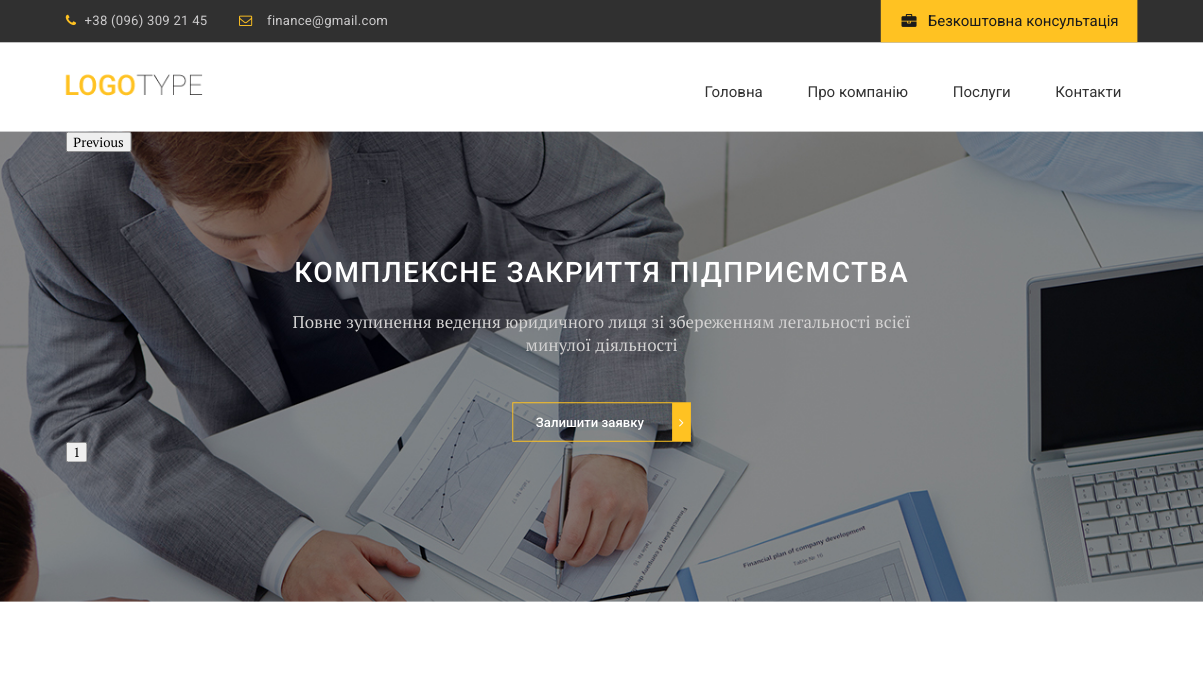
Repository: oliachipko/companysait
Page: index.html
An editor plug-in stored every save of this project. The page is shown before and after the next save, followed by the edit.
The browser window is 1280 px wide. The pictures show the whole page, at 94% of full size.

Above is the page before, as saved 2020-11-17 20:28:24.

### index.html
<!DOCTYPE html>
<html lang="en">
  <head>
    <meta charset="UTF-8" />
    <meta name="viewport" content="width=device-width, initial-scale=1.0" />
    <title>Document</title>
    <link rel="preconnect" href="https://fonts.gstatic.com" />
    <link
      href="https://fonts.googleapis.com/css2?family=PT+Serif:wght@400;700&family=Roboto:wght@400;500;700&display=swap"
      rel="stylesheet"/>
    <link rel="stylesheet" href="css/normalize.css" />
    <link rel="stylesheet" href="css/fonts.css">
    <link rel="stylesheet" href="css/jquery.fancybox.min.css">
    <link rel="stylesheet" href="css/slick.css">
    <link rel="stylesheet" href="css/style.css" />
  </head>
  <body>
    <header class="header">
      <div class="header__top">
        <div class="container">
          <div class="header__contacts">
            <a class="header__phone" href="tel:380963092145">+38 (096) 309 21 45</a>
            <a class="header__email" href="#">finance@gmail.com</a>
            <a data-fancybox data-src="#modal" href="javascript:;" href="#" class="header__btn">Безкоштовна консультація</a>
          </div>
        </div>
      </div>
      <div class="header__content">
        <div class="container">
          <div class="header__content-inner">
            <div class="header__logo">
              <a href="#">
                <img src="img/logo.png" alt="" />
              </a>
            </div>
            <nav class="menu">
              <ul>
                <li><a href="#">Головна</a></li>
                <li><a href="#">Про компанію</a></li>
                <li><a href="#">Послуги</a></li>
                <li><a href="#">Контакти</a></li>
              </ul>
            </nav>
          </div>
        </div>
      </div>
    </header>
    <section class="slider">
      <div class="container">
        <div class="slider__inner">
          <div class="slider__item">
            <div class="slider__item-content">
            <div class="slider__title">
              КОМПЛЕКСНЕ ЗАКРИТТЯ ПІДПРИЄМСТВА
            </div>
            <div class="slider__text">
              Повне зупинення ведення юридичного лиця
               зі збереженням легальності всієї минулої діяльності
            </div>
            <a data-fancybox data-src="#modal" href="javascript:;" class="slider__btn default-btn">
              Залишити заявку
            </a>
          </div>
        </div>

        <div class="slider__item">
          <div class="slider__item-content">
          <div class="slider__title">
            КОМПЛЕКСНЕ ЗАКРИТТЯ ПІДПРИЄМСТВА
          </div>
          <div class="slider__text">
            Повне зупинення ведення юридичного лиця
             зі збереженням легальності всієї минулої діяльності
          </div>
            <a data-fancybox data-src="#modal" href="javascript:;" class="slider__btn default-btn">
            Залишити заявку
            </a>
        </div>
      </div>

      <div class="slider__item">
        <div class="slider__item-content">
        <div class="slider__title">
          КОМПЛЕКСНЕ ЗАКРИТТЯ ПІДПРИЄМСТВА
        </div>
        <div class="slider__text">
          Повне зупинення ведення юридичного лиця
           зі збереженням легальності всієї минулої діяльності
        </div>
        <a data-fancybox data-src="#modal" href="javascript:;" class="slider__btn default-btn">
          Залишити заявку
        </a>
      </div>
    </div>


        </div>
      </div>
    </section>

    <div  id="modal">
      <h2>Hello!</h2>
      <p>You are awesome!</p>
    </div>


    <script src="https://ajax.googleapis.com/ajax/libs/jquery/3.5.1/jquery.min.js"></script>
    <script src="js/jquery.fancybox.min.js"></script>
    <script src="js/slick.min.js"></script>
    <script src="js/main.js"></script>
  </body>
</html>

### css/fonts.css
@font-face {
  font-family: 'icomoon';
  src:  url('../fonts/icomoon.eot?nqt5zc');
  src:  url('../fonts/icomoon.eot?nqt5zc#iefix') format('embedded-opentype'),
    url('../fonts/icomoon.ttf?nqt5zc') format('truetype'),
    url('../fonts/icomoon.woff?nqt5zc') format('woff'),
    url('../fonts/icomoon.svg?nqt5zc#icomoon') format('svg');
  font-weight: normal;
  font-style: normal;
  font-display: block;
}

[class^="icon-"], [class*=" icon-"] {
  /* use !important to prevent issues with browser extensions that change fonts */
  font-family: 'icomoon' !important;
  speak: never;
  font-style: normal;
  font-weight: normal;
  font-variant: normal;
  text-transform: none;
  line-height: 1;

  /* Better Font Rendering =========== */
  -webkit-font-smoothing: antialiased;
  -moz-osx-font-smoothing: grayscale;
}

.icon-envelope-o:before {
  content: "\f003";
}
.icon-check:before {
  content: "\f00c";
}
.icon-map-marker:before {
  content: "\f041";
}
.icon-phone:before {
  content: "\f095";
}
.icon-briefcase:before {
  content: "\f0b1";
}
.icon-bars:before {
  content: "\f0c9";
}
.icon-navicon:before {
  content: "\f0c9";
}
.icon-reorder:before {
  content: "\f0c9";
}
.icon-angle-left:before {
  content: "\f104";
}
.icon-angle-right:before {
  content: "\f105";
}
.icon-quote-left:before {
  content: "\f10d";
}
.icon-quote-right:before {
  content: "\f10e";
}
.icon-ellipsis-v:before {
  content: "\f142";
}

### css/style.css
* {
    box-sizing: border-box;
}

a{
    text-decoration: none;
    display: inline-block;
}

ul,
li{
    list-style: none;
    margin: 0;
    padding: 0;
}
.container{
    max-width: 1170px;
    margin: 0 auto;
    padding: 0 15px;
}

body{
    font-family: 'PT Serif', serif;
    /*font-family: 'Roboto', sans-serif;*/
    font-weight: 400px;
    font-size: 14px;
    line-height: 18px;
    color: #5e5e5e;

}
header {
    font-family: 'Roboto', sans-serif;
}
.header__top{
   background-color: #303030;
}
.header__btn {
    float: right;
    line-height: 36px;
    color: #1b1b1b;
    background-color: #ffc222;
    padding: 5px 20px 4px 50px;
    font-size: 16px;
    position: relative;
}
.header__btn:before {
    content: "\f0b1";
    font-family: 'icomoon';
    position: absolute;
    left: 22px;
    color: #1b1b1b;
}
.header__contacts:after {
    content: "";
    clear: both;
    display: block;
}
.header__phone,
.header__email {
    color:#cbcacb;
    letter-spacing: 0.25px;
    line-height: 45px;
    position: relative;
}
.header__phone {
    padding-left: 20px;
    padding-right: 30px;
}
.header__phone:before {
    content: "\f095";
    font-family: 'icomoon';
    position: absolute;
    left: 0;
    color: #ffc222;
}
.header__email{
    padding-left: 30px;
}
.header__email:before {
    content: "\f003";
    font-family: 'icomoon';
    position: absolute;
    left: 0;
    color: #ffc222;
}
.header__content {
    padding: 34px 0px 23px;
}
.header__content-inner{
    display: flex;
    justify-content: space-between;
}
.menu li {
    display: inline-block;
}
.menu a{
    color: #323232;
    font-size: 16px;
    line-height: 36px;
    border: 1px solid transparent;
    padding: 0px 16px;
    transition: all .3s;
}
.menu a:hover {
    border-color: #ffc222;
}
.menu li + li{
    padding-left: 10px;
}
#modal {
    display: none;"
}
.slider{
    background-image: url(../img/slider-fon.jpg);
    background-repeat: no-repeat;
    background-size: cover;
    background-position: center;
    min-height: 500px;
}
.slider__item-content{
    text-align: center;
    padding-top: 110px;
    max-width: 665px;
    margin: 0 auto;
}
.slider__title{
    text-transform: uppercase;
    font-size: 30px;
    line-height: 36px;
    color: white;
    font-weight: 500;
    letter-spacing: 1.5px;
    margin-bottom: 22px;
    font-family: 'Roboto', sans-serif;
}
.slider__text{
    line-height: 24px;
    font-size: 18px;
    color: #d3d2d2;
    margin-bottom: 50px;
}

.default-btn {
    display: inline-block;
    color: white;
    font-size: 14px;
    line-height: 24px;
    font-weight: 500;
    font-family: 'Roboto', sans-serif;
    padding: 8px 30px 8px 24px;
    border: 1px solid #ffc222;
    border-right-width: 20px;
    position: relative;
}
.default-btn:after {
    content: "\f105";
    font-family: 'icomoon';
    position: absolute;
    top: 50%;
    transform: translateY(-50%);
    right: -12px;
}

### js/main.js
$(function(){

$('.slider__inner').slick({
    nextArrow: '<button type="button" class="slick-next">1</button>'
});


});

Loaded but not shown: css/normalize.css (library); css/jquery.fancybox.min.css (library); css/slick.css (common file); js/jquery.fancybox.min.js (library); js/slick.min.js (library)

After the next save:
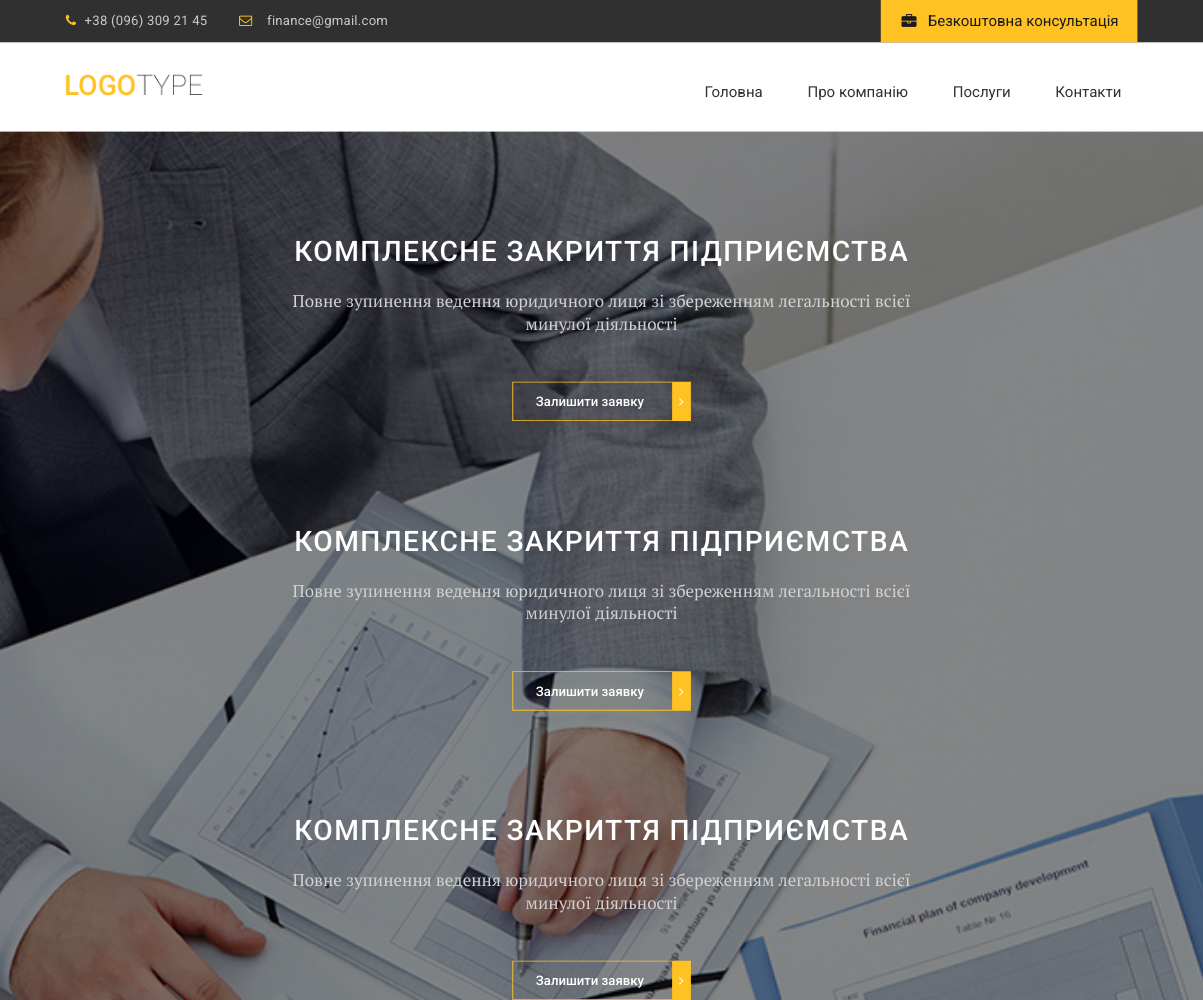
Console error: SyntaxError: Invalid or unexpected token
Saved 26 s later.
--- a/js/main.js
+++ b/js/main.js
@@ -1,7 +1,8 @@
 $(function(){
 
 $('.slider__inner').slick({
-    nextArrow: '<button type="button" class="slick-next">1</button>'
+    nextArrow: '<button type="button" class="slick-next">1</button>',
+    prevArrow: '<button type="button" class="slick-next">Next</button>
 });
 
 

After the save that followed:
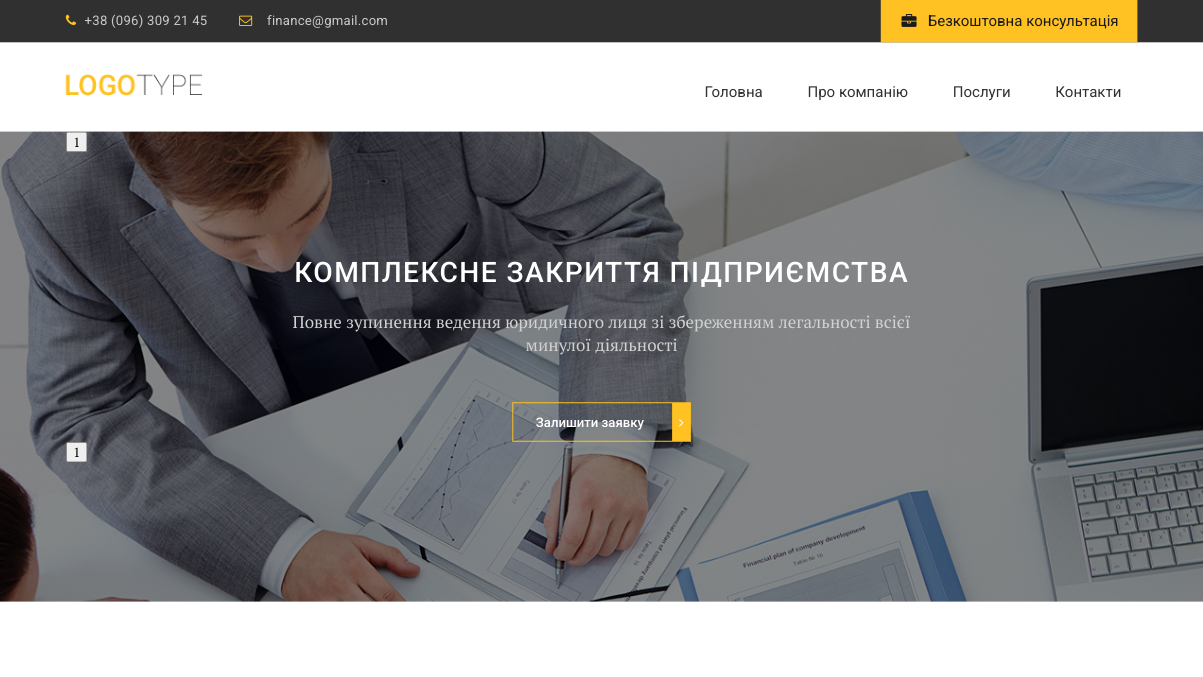
The error is gone.
Saved 17 s later.
--- a/js/main.js
+++ b/js/main.js
@@ -2,7 +2,7 @@
 
 $('.slider__inner').slick({
     nextArrow: '<button type="button" class="slick-next">1</button>',
-    prevArrow: '<button type="button" class="slick-next">Next</button>
+    prevArrow: '<button type="button" class="slick-prev">1</button>',
 });
 
 
